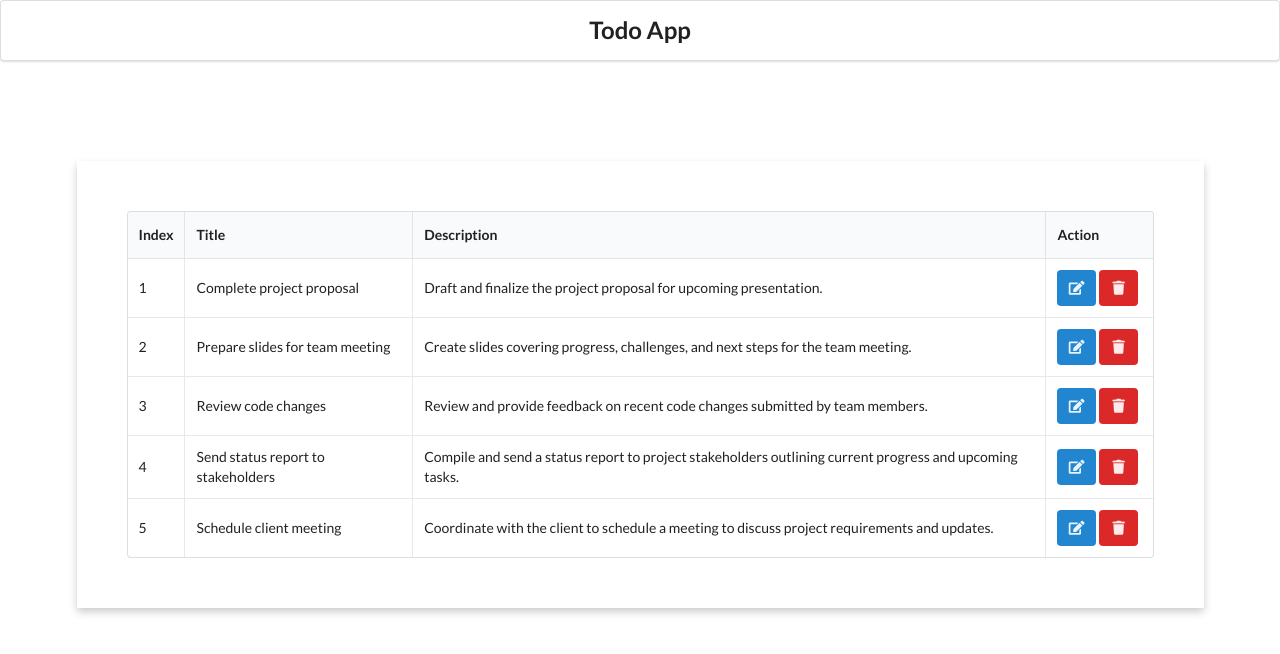
Repository: Wahid137/todo-app
Page: /
The author's editor kept a copy of each file at every save. The page is drawn from the files as they stood at one save, then again after the next save.
The browser window is 1280 px wide. The pictures show the whole page.
The project was rebuilt for these pictures with package versions that can differ from the ones it lists, and the page was loaded fresh each time. Also part of the build but not shown: src/App.css, src/index.css.

Above is the page before, as saved 2024-05-03 10:34:58.

After the next save:
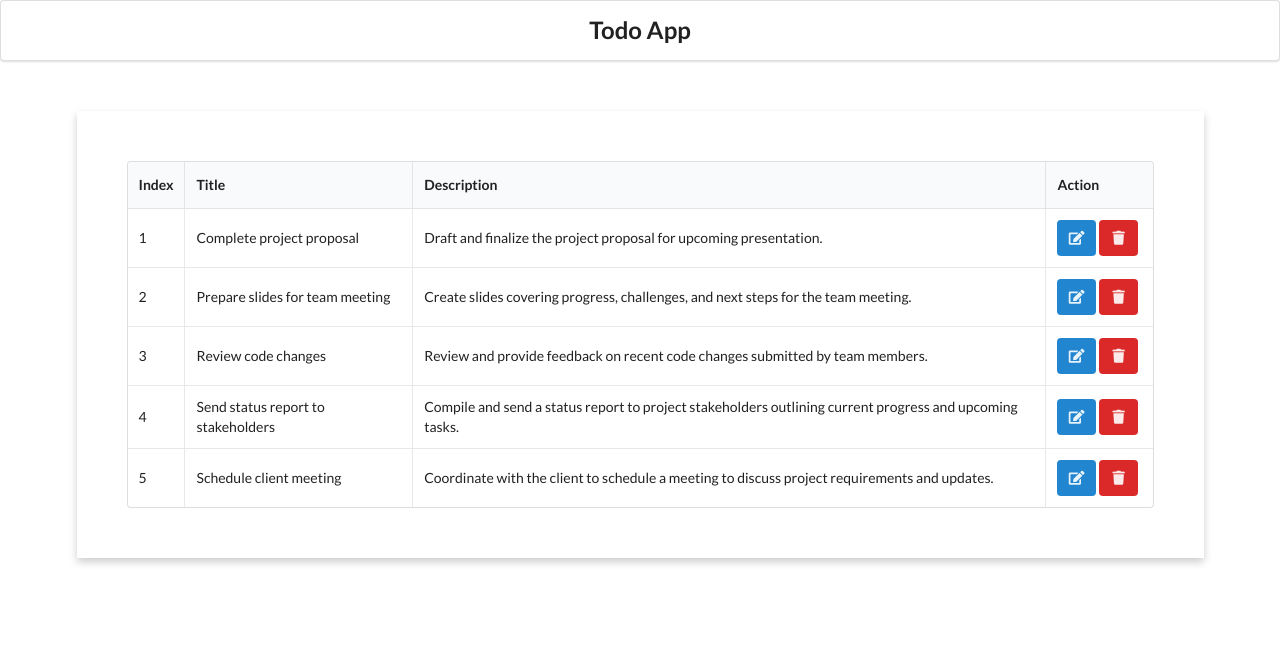
Saved 2 min 32 s later.
--- a/src/components/TodoListPage.js
+++ b/src/components/TodoListPage.js
@@ -1,16 +1,18 @@
 import React, { useState } from 'react';
-import { Button, Container, Icon, Message, Segment, Table } from 'semantic-ui-react';
+import { Button, Container, Icon, Segment, Table } from 'semantic-ui-react';
 import initialTodos from "../data/todos.json";
-import ConfirmationModal from './ConfirmationModal';
+import ConfirmationModal from './ConfirmationModal'; // Assuming both components are in the same directory
 
 const TodoListPage = () => {
     const [todos, setTodos] = useState(initialTodos);
     const [deleteId, setDeleteId] = useState(null);
     const [openModal, setOpenModal] = useState(false);
     const [showMessage, setShowMessage] = useState(false);
+    const [todoToDelete, setTodoToDelete] = useState(null);
 
-    const handleDelete = (id) => {
+    const handleDelete = (id, title) => {
         setDeleteId(id);
+        setTodoToDelete(title);
         setOpenModal(true);
     };
 
@@ -33,15 +35,14 @@
             <Segment style={{ marginTop: '20px', margin: 'auto' }}>
                 <h2 style={{ textAlign: 'center' }}>Todo App</h2>
             </Segment>
-
-            <Container style={{ boxShadow: '0 4px 8px 0 rgba(0, 0, 0, 0.2)', padding: '50px', marginTop: '100px', position: 'relative' }}>
+            <Container style={{ boxShadow: '0 4px 8px 0 rgba(0, 0, 0, 0.2)', padding: '50px', marginTop: '50px', position: 'relative' }}>
                 {showMessage &&
                     <Message
                         success
                         onDismiss={handleDismissMessage}
                         header='Success!'
                         content='Todo deleted successfully.'
-                        style={{ position: 'absolute', top: '-70px', left: 0, right: 0, width: '100%', marginBottom: '20px' }}
+                        style={{ position: 'absolute', top: '-70px', left: 0, right: 0, margin: 'auto', width: '100%', marginBottom: '20px' }}
                     />
                 }
                 <div>
@@ -66,7 +67,7 @@
                                             <Button icon color='blue'>
                                                 <Icon name='edit' />
                                             </Button>
-                                            <Button icon color='red' onClick={() => handleDelete(todo.id)}>
+                                            <Button icon color='red' onClick={() => handleDelete(todo.id, todo.title)}>
                                                 <Icon name='trash' />
                                             </Button>
                                         </div>
@@ -82,7 +83,7 @@
                 open={openModal}
                 onClose={handleCloseModal}
                 onConfirm={handleConfirmDelete}
-                message="Are you sure you want to delete this todo?"
+                todoTitle={todoToDelete}
             />
         </div>
     );

After the 3 saves that followed:
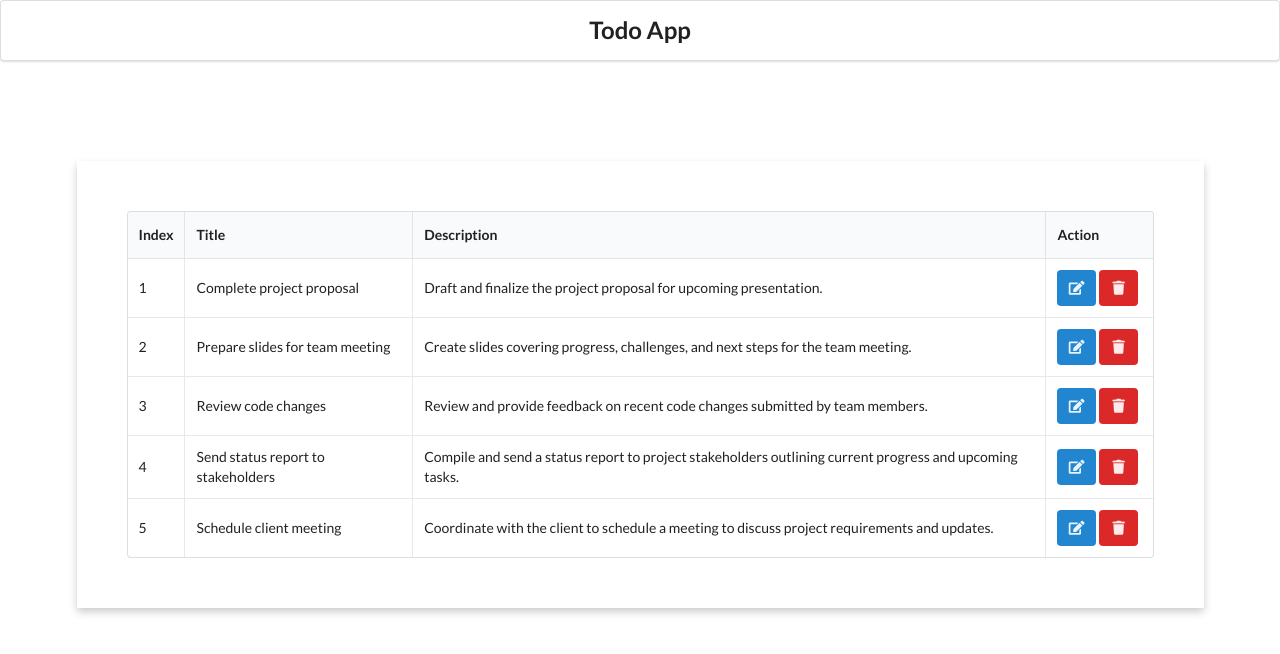
The 3 saves are shown as one change because 2 left the picture as it was.
The last was saved 55 s later.
--- a/src/components/TodoListPage.js
+++ b/src/components/TodoListPage.js
@@ -1,5 +1,5 @@
 import React, { useState } from 'react';
-import { Button, Container, Icon, Segment, Table } from 'semantic-ui-react';
+import { Button, Container, Icon, Message, Segment, Table } from 'semantic-ui-react';
 import initialTodos from "../data/todos.json";
 import ConfirmationModal from './ConfirmationModal'; // Assuming both components are in the same directory
 
@@ -35,7 +35,7 @@
             <Segment style={{ marginTop: '20px', margin: 'auto' }}>
                 <h2 style={{ textAlign: 'center' }}>Todo App</h2>
             </Segment>
-            <Container style={{ boxShadow: '0 4px 8px 0 rgba(0, 0, 0, 0.2)', padding: '50px', marginTop: '50px', position: 'relative' }}>
+            <Container style={{ boxShadow: '0 4px 8px 0 rgba(0, 0, 0, 0.2)', padding: '50px', marginTop: '100px', position: 'relative' }}>
                 {showMessage &&
                     <Message
                         success
--- a/src/components/ConfirmationModal.jsx
+++ b/src/components/ConfirmationModal.jsx
@@ -1,12 +1,15 @@
 import React from "react";
 import { Button, Modal } from "semantic-ui-react";
 
-const ConfirmationModal = ({ open, onClose, onConfirm, message }) => {
+const ConfirmationModal = ({ open, onClose, onConfirm, todoTitle }) => {
   return (
     <Modal size="tiny" open={open} onClose={onClose}>
       <Modal.Header>Confirm Deletion</Modal.Header>
       <Modal.Content>
-        <p>{message}</p>
+        <p>
+          Are you sure you want to delete the todo "<strong>{todoTitle}</strong>
+          "?
+        </p>
       </Modal.Content>
       <Modal.Actions>
         <Button negative onClick={onClose}>
